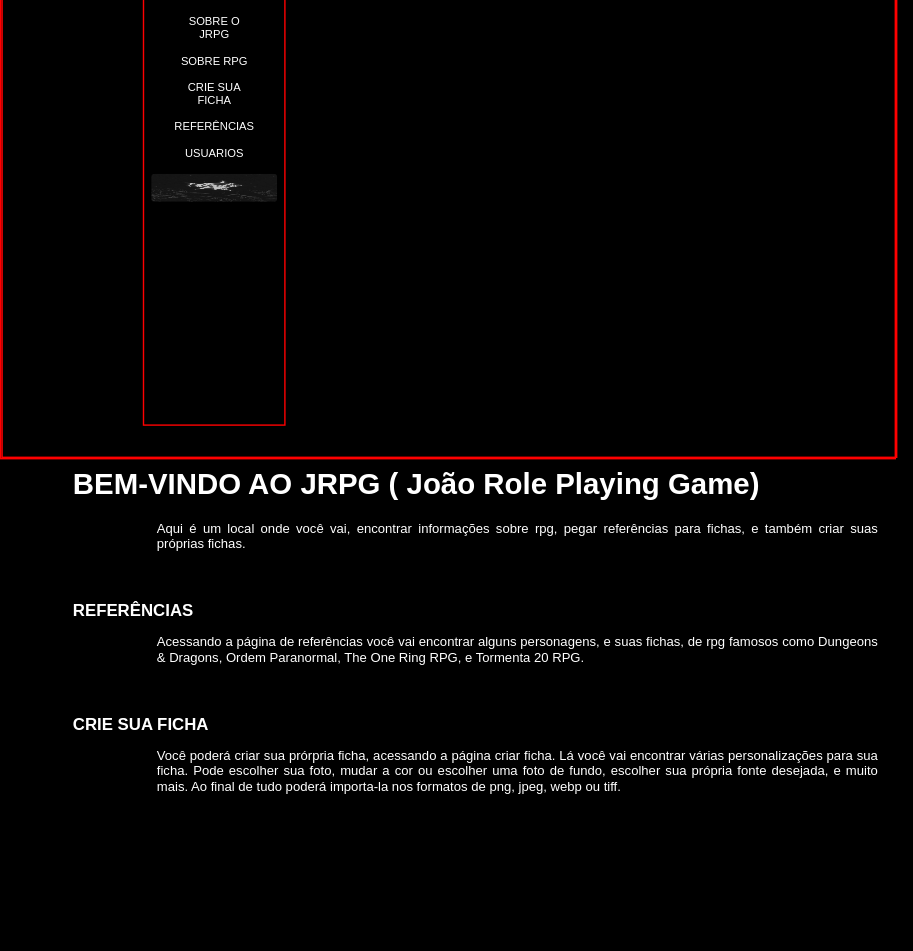
Repository: jpmaffei18/PROJETO_JAVA
Page: http://localhost/FinalWeb/home.jsp
These files come from the project's save history. The page is drawn as it stood at one moment and after the next save; the edit follows.
The browser window is 1280 px wide. The page is 1304 px wide, so the pictures cover 1304 px, including what lies to the right of the window. The pictures show the part of the page from y = 306 to 2186 px (the page is 1664 px tall before and 4938 px after), at 70% of full size.
Some web fonts or font styles are not loaded; a fallback is used. The page is served by Tomcat 9. Other server files are loaded and not shown.

Above is the page before, as saved 2023-04-12 12:12:39.

### FinalWeb/src/main/webapp/home.jsp
<!DOCTYPE html>
<html lang="pt-br">
<head>
    <meta charset="UTF-8">
    <meta http-equiv="X-UA-Compatible" content="IE=edge">
    <meta name="viewport" content="width=device-width, initial-scale=1.0">
    <link href="home.css" rel="stylesheet">
    <link href="https://fonts.cdnfonts.com/css/gobold" rel="stylesheet">
    <link href="https://fonts.cdnfonts.com/css/glacial-indifference-2" rel="stylesheet">

    <title> HOME </title>
</head>
<body>
    <header class="cabecalho">
       <img src="imagens/JRPG LOGO.png">
        <h3><a href="index.jsp"> LOGOUT </a></h3>
    </header>

    <div class="conteudo">
        <div class="menulateral">

            <h1>MENU</h1>

            <ul>

                <a href="index.jsp">
                <li> ÍNICIO </li>
                </a>

                <a href="#">
                <li> SOBRE O JRPG </li>
                </a>

                <a href="rpg.jsp">
                    <li> SOBRE RPG </li>
                </a>

                <a href="fichas.jsp">
                    <li> CRIE SUA FICHA </li>
                </a>

                <a href="#">
                    <li> REFERÊNCIAS </li>
                </a>

                <a href="cadastrados.jsp">
                    <li> USUARIOS </li>
                </a>
            </ul>

            <img src="imagens/foto_menu_lateral.jpg">
        </div>


        <div class="bemvindo">

            <h1> BEM-VINDO AO JRPG ( João Role Playing Game) </h1>
            <h3> Aqui é um local onde você vai, encontrar informações sobre rpg, pegar referências para fichas, e também criar suas próprias fichas.</h3>
            <h2> REFERÊNCIAS </h2>
            <h3> Acessando a página de referências você vai encontrar alguns personagens, e suas fichas, de rpg famosos como Dungeons & Dragons, Ordem Paranormal, The One Ring RPG, e Tormenta  20 RPG.</h3>
            <h2> CRIE SUA FICHA</h2>
            <h3> Você poderá criar sua prórpria ficha, acessando a página <a href="fichas.html" class="criarficha">criar ficha</a>. Lá você vai encontrar várias personalizações para sua ficha.
            Pode escolher sua foto, mudar a cor ou escolher uma foto de fundo, escolher sua própria fonte desejada, e muito mais. Ao final de tudo poderá importa-la nos formatos de png, jpeg, webp ou tiff.
            </h3>

        </div>
</div>

</body>
</html>

### FinalWeb/src/main/webapp/home.css
@import url('https://fonts.cdnfonts.com/css/glacial-indifference-2');
@import url('https://fonts.cdnfonts.com/css/gobold');



body{
    margin: 0;
    margin-top: 0;
    background-color: black ;
    overflow-x: hidden;
    border: solid 2px red;
}

.conteudo{
    width: 100%;
    height: 848px;
    border: solid 2px red;
}

.cabecalho{
    background-color: black ;
    width: 99,7%;
    height: 80px;
    border-radius: 15px;
    border: solid 3px red;
    color: red;
    padding-top: 20px;
    padding-left: 80px;
    align-content: center;
    align-items: center;
    text-align: center;
}

header img{
    margin-top: -20px;
    width: 200px;
    margin-right: 60px;
}

header h3{
    float: right;
    margin-right: 20px;
    margin-left:-40px;
}

header a{
    color: white;
    text-decoration: none;
}

.menulateral{
    width: 200px;
    height: 700px;
    float: left;
    border: solid 2px red;
    margin-top: 100px;
    margin-left: 200px;
}

.menulateral li{
    color: white;
    margin-bottom: 20px;
    margin-right: 40px;
    align-content: center;
    align-items: center;
    text-align: center;
    list-style: none;
}

div li:hover {
    color: red;
}

.menulateral a{
    text-decoration: none;
    font-family: 'Glacial Indifference', sans-serif;

}

.menulateral h1{
    color: white;
    align-items: center;
    text-align: center;
    list-style: none;
    margin-bottom: 20px;
    font-family: 'Gobold', sans-serif;
}

.menulateral img{
    width: 180px;
    height: 40px;
    margin-left: 10px;
    border-radius: 5px;
}


.bemvindo{
    width: 1200px;
    height: 700px;
    float: left;
    margin-top: 50px;
    margin-left: 100px;
    color: white;
}

.bemvindo h1{
    font-size:42px;
    margin-top: 10px;
    font-family: 'Gobold', sans-serif;
}

.bemvindo h3{
    margin-left: 120px;
    margin-right: 50px;
    text-align: justify;
    font-family: 'Glacial Indifference', sans-serif;
    font-weight: 300;

}



.bemvindo h2{
    margin-top: 70px;
    font-family: 'Gobold', sans-serif;

}

.criarficha{
    text-decoration: none;
    color: white;
}

After the next save:
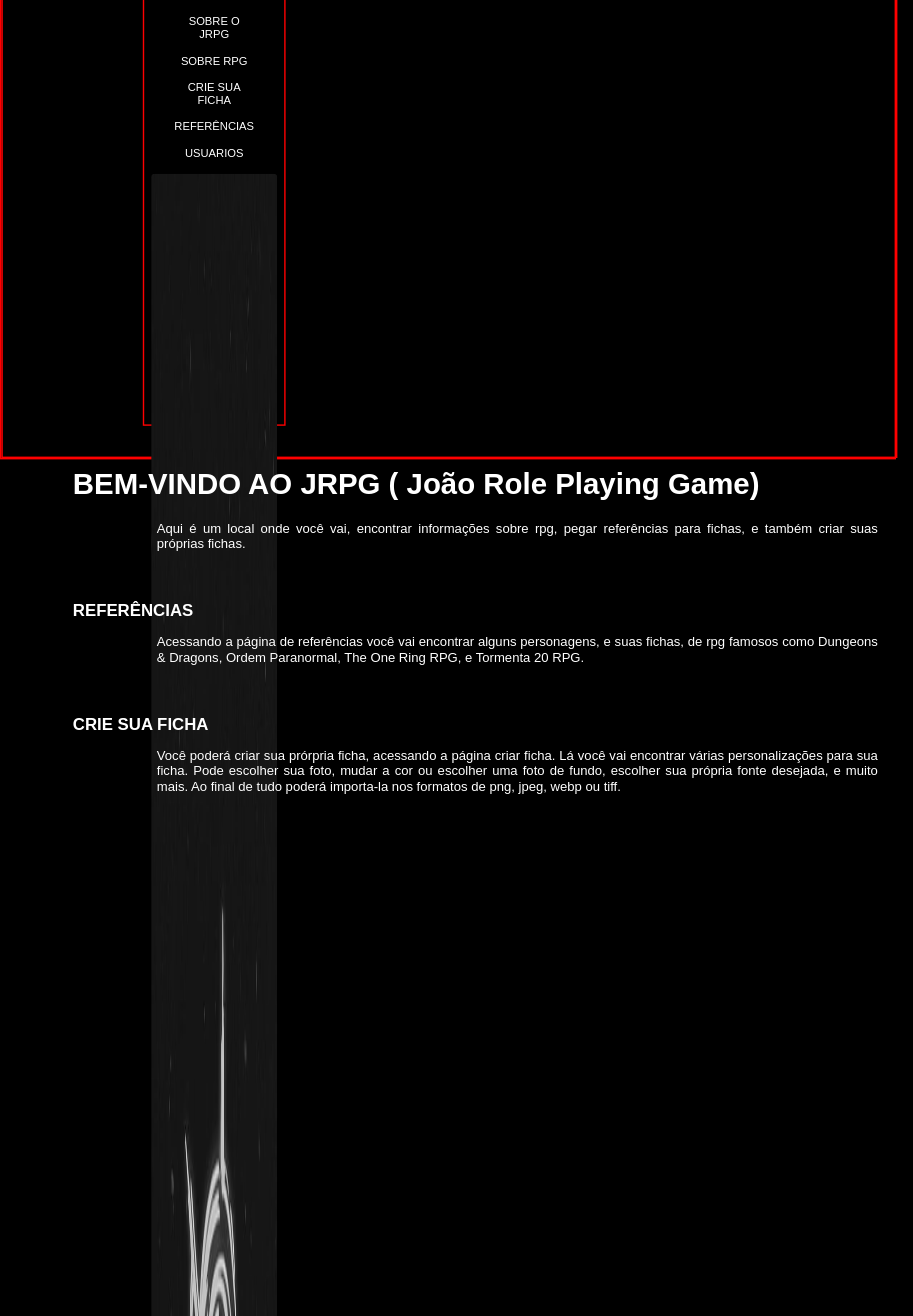
Saved 3 s later.
--- a/FinalWeb/src/main/webapp/home.css
+++ b/FinalWeb/src/main/webapp/home.css
@@ -88,7 +88,7 @@
 
 .menulateral img{
     width: 180px;
-    height: 40px;
+    height: 4380px;
     margin-left: 10px;
     border-radius: 5px;
 }
